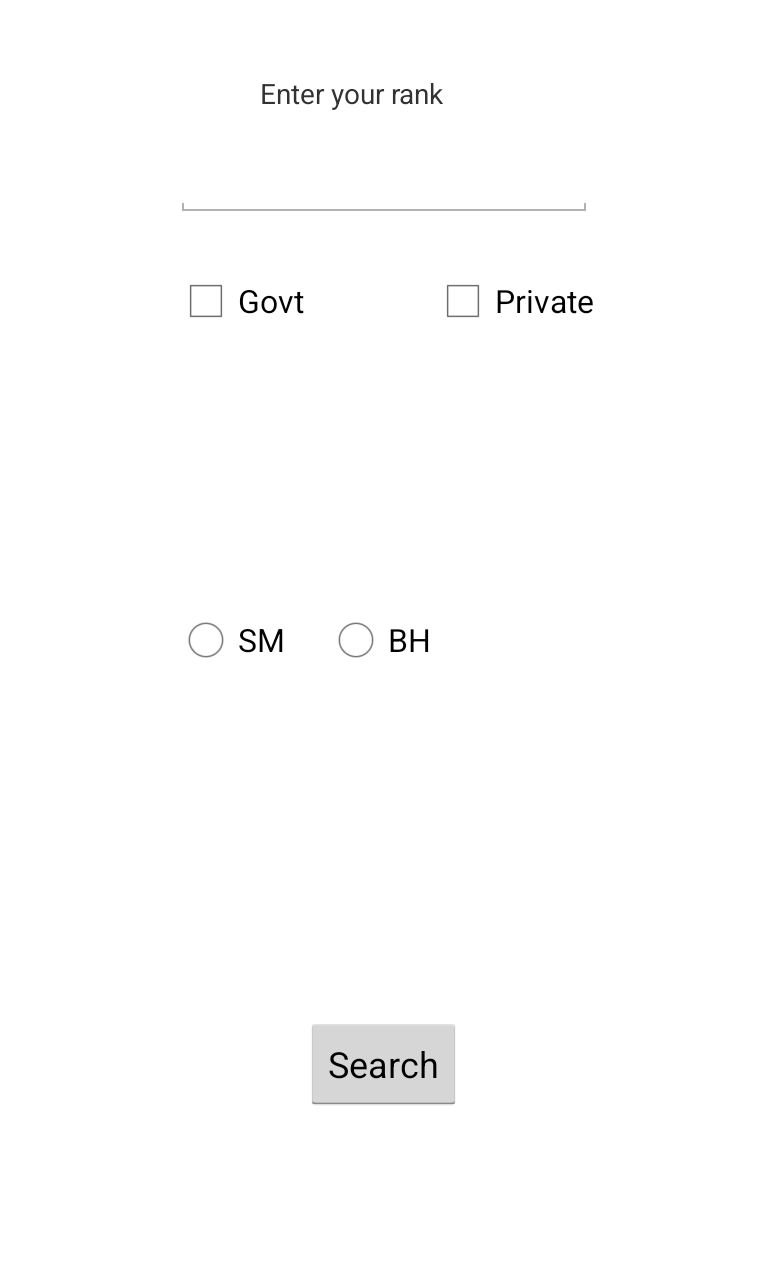
Repository: sandeepsas/Keam360
Layout: KEAM360/res/layout/activity_main.xml
These files come from the project's save history. The layout is drawn as it stood at one moment and after the next save; the edit follows.
It is drawn on a 768 x 1280 px phone screen (xhdpi) without system bars, with theme AppTheme; the app's code is not run.

Above is the layout before, as saved 2015-08-02 18:18:04.

After the next save:
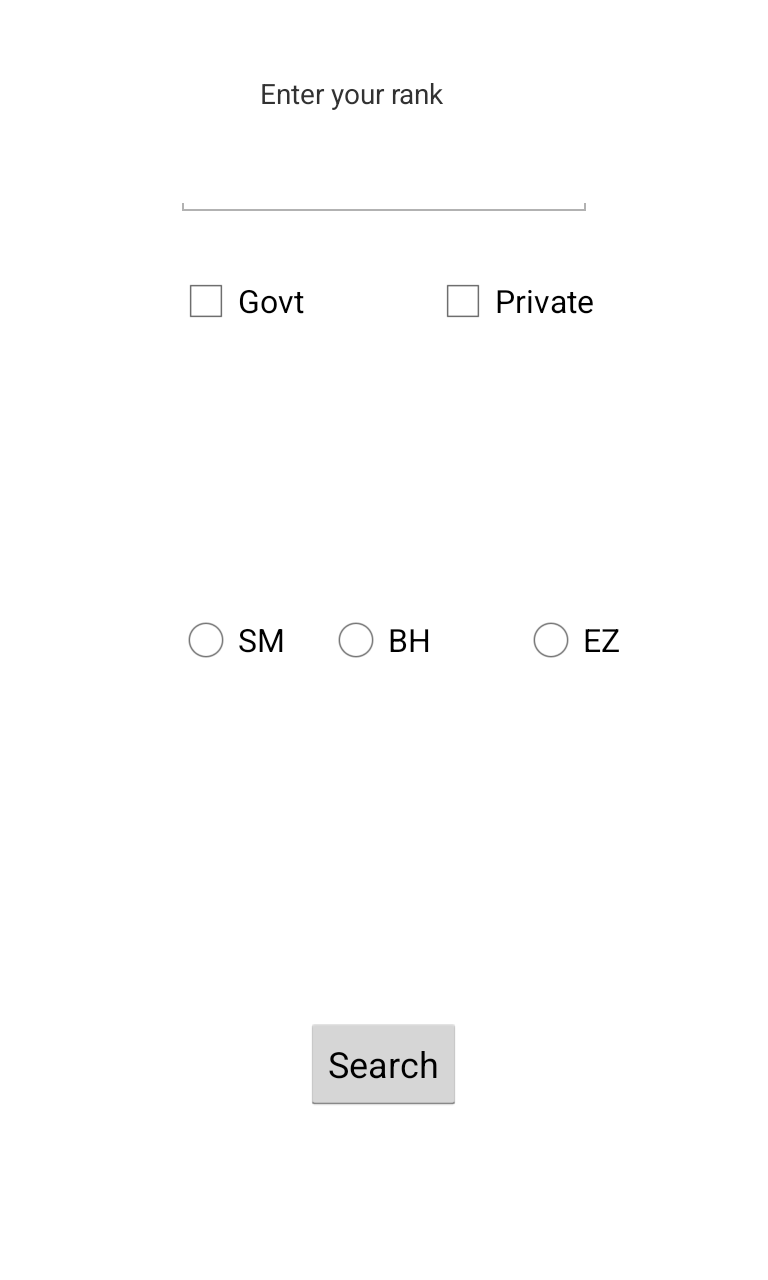
Saved 17 s later.
--- a/KEAM360/res/layout/activity_main.xml
+++ b/KEAM360/res/layout/activity_main.xml
@@ -70,4 +70,13 @@
         android:layout_toLeftOf="@+id/checkBox2"
         android:text="BH" />
 
+    <RadioButton
+        android:id="@+id/RadioButton02"
+        android:layout_width="wrap_content"
+        android:layout_height="wrap_content"
+        android:layout_centerVertical="true"
+        android:layout_marginLeft="28dp"
+        android:layout_toRightOf="@+id/button1"
+        android:text="EZ" />
+
 </RelativeLayout>
